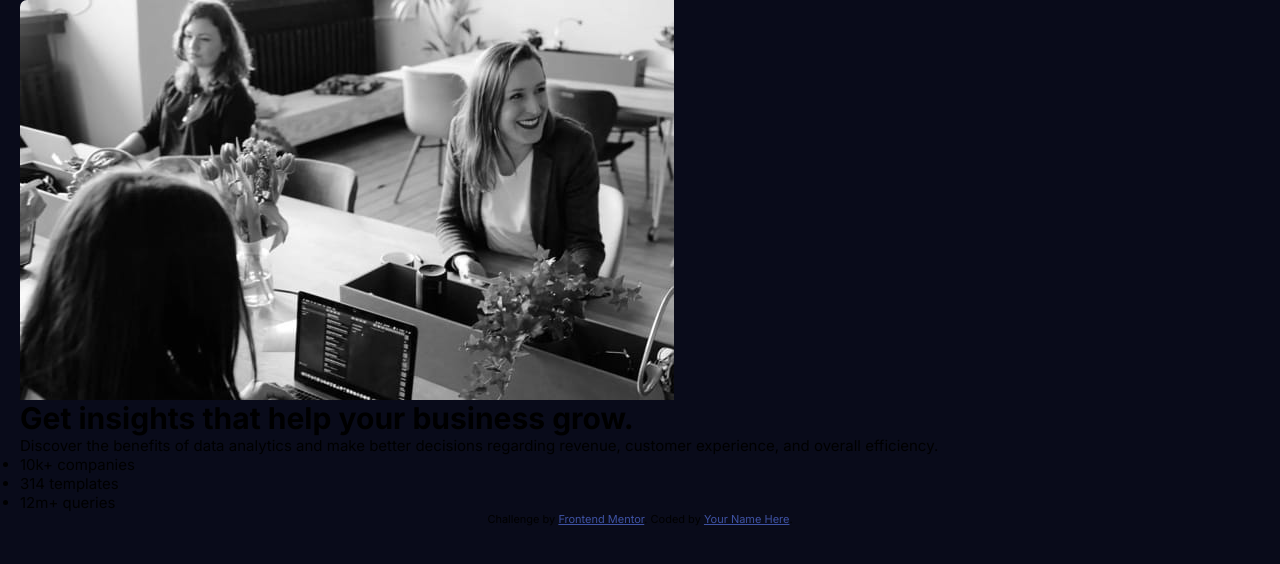
Repository: DejV44/stats-preview-card-component-main
Page: index.html
The author's editor kept a copy of each file at every save. The page is drawn from the files as they stood at one save, then again after the next save.
The browser window is 1280 px wide. The pictures show the whole page.
The style sheet was rebuilt from its Sass, Less or Tailwind sources for each picture, by a compiler version that may differ from the author's.

Above is the page before, as saved 2021-07-04 23:23:55.

### index.html
<!DOCTYPE html>
<html lang="en">
<head>
  <meta charset="UTF-8">
  <meta name="viewport" content="width=device-width, initial-scale=1.0"> <!-- displays site properly based on user's device -->

  <link rel="icon" type="image/png" sizes="32x32" href="./images/favicon-32x32.png">
  <link rel="stylesheet" href="/css/style.css">


  <title>Frontend Mentor | Stats preview card component</title>
</head>
<body>
  <div class="container">
    <div class="picture">
      <div class="overlay"></div>
    </div>
    <div class="card">
      <h1>Get insights that help your business grow.</h1>

      <p>Discover the benefits of data analytics and make better decisions regarding revenue, customer
      experience, and overall efficiency.</p>

      <ul>
        <li>10k+ companies</li>
        <li>314 templates</li>
        <li>12m+ queries</li>
      </ul>
    </div>
  </div>


  <div class="attribution">
    Challenge by <a href="https://www.frontendmentor.io?ref=challenge" target="_blank">Frontend Mentor</a>.
    Coded by <a href="#">Your Name Here</a>.
  </div>
</body>
</html>

### css/style.scss
$mainBackground: hsl(233, 47%, 7%);
$cardBackground: hsl(244, 38%, 16%);
$accent: hsl(277, 64%, 61%);

$mainHeading: hsl(0, 0%, 100%);
$mainParagraph: hsla(0, 0%, 100%, 0.75);
$statHeadings: hsla(0, 0%, 100%, 0.6);

@import url("https://fonts.googleapis.com/css2?family=Inter:wght@400;700&display=swap");

@import url("https://fonts.googleapis.com/css2?family=Lexend+Deca&display=swap");

* {
  margin: 0;
  padding: 0;
  box-sizing: border-box;
}

body {
  font-family: "Inter", sans-serif;
  font-size: 15px;
  background-color: $mainBackground;

  .container {

    margin: 0 20px;
    border-radius: 7px;
    .picture {
        border-radius: 7px 7px 0 0;
      background: url("/images/image-header-mobile.jpg") no-repeat, center/cover;
      height: 400px;
    }
  }

  .attribution {
    font-size: 11px;
    text-align: center;

    a {
      color: hsl(228, 45%, 44%);
    }
  }
}

After the next save:
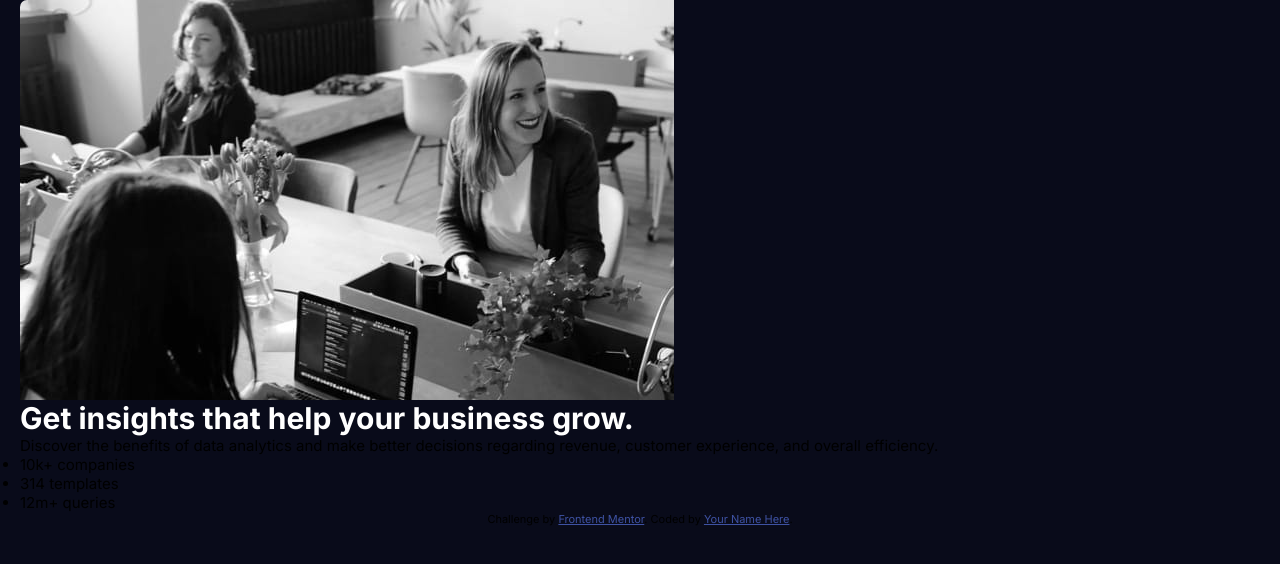
Saved 96 s later.
--- a/css/style.scss
+++ b/css/style.scss
@@ -26,9 +26,15 @@ body {
     margin: 0 20px;
     border-radius: 7px;
     .picture {
-        border-radius: 7px 7px 0 0;
+      border-radius: 7px 7px 0 0;
       background: url("/images/image-header-mobile.jpg") no-repeat, center/cover;
       height: 400px;
+    }
+
+    .card {
+        h1 {
+            color: $mainHeading;
+        }
     }
   }
 
